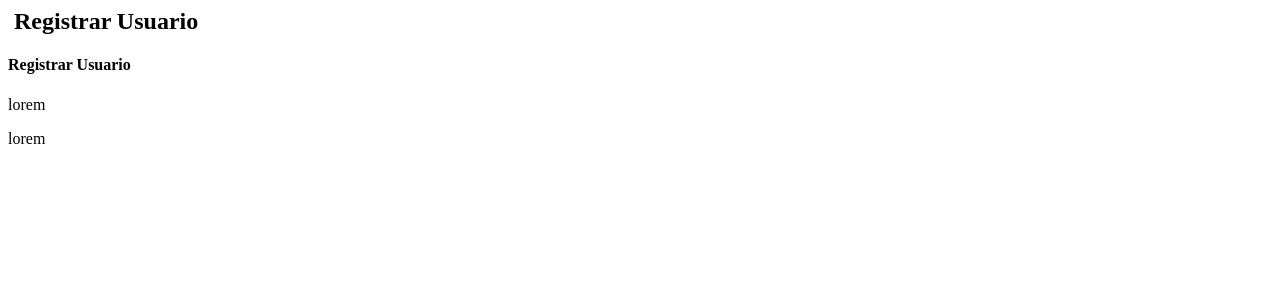
Repository: androla10/ProyectoCibert5to
Page: http://localhost/GDI/Admin/Admin.jsp
An editor plug-in stored every save of this project. The page is shown before and after the next save, followed by the edit.
The browser window is 1280 px wide. The pictures show the whole page.
The page is served by Tomcat 9. Nobody is signed in. The application's start-up code is not run. Other server files are loaded and not shown.

Above is the page before, as saved 2016-04-22 16:18:01.

### GDI/src/main/webapp/Admin/Admin.jsp
<div class="container-fluid">
	<h2><i class="fa fa-user fa-1x"></i>&nbsp;Registrar Usuario</h2>
	</hr>
	<div class="panel-primary">
		<div class="panel-heading">
			<h4>Registrar Usuario</h4>
		</div>
		<div class="panel-body">
			<div class="row">
				<div class="col-xs-12 col-sm-12 col-md-6 col-lg-6">
					<p>lorem</p>
				</div>
				<div class="col-xs-12 col-sm-12 col-sm-6 col-lg-6">
					<p>lorem</p>
				</div>
			</div>
		</div>
	</div>
</div>

After the next save:
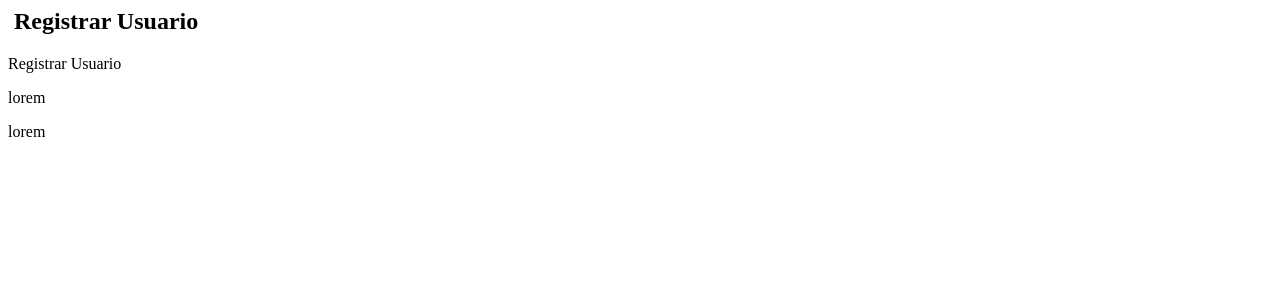
Saved 98 s later.
--- a/GDI/src/main/webapp/Admin/Admin.jsp
+++ b/GDI/src/main/webapp/Admin/Admin.jsp
@@ -3,7 +3,7 @@
 	</hr>
 	<div class="panel-primary">
 		<div class="panel-heading">
-			<h4>Registrar Usuario</h4>
+			Registrar Usuario
 		</div>
 		<div class="panel-body">
 			<div class="row">
